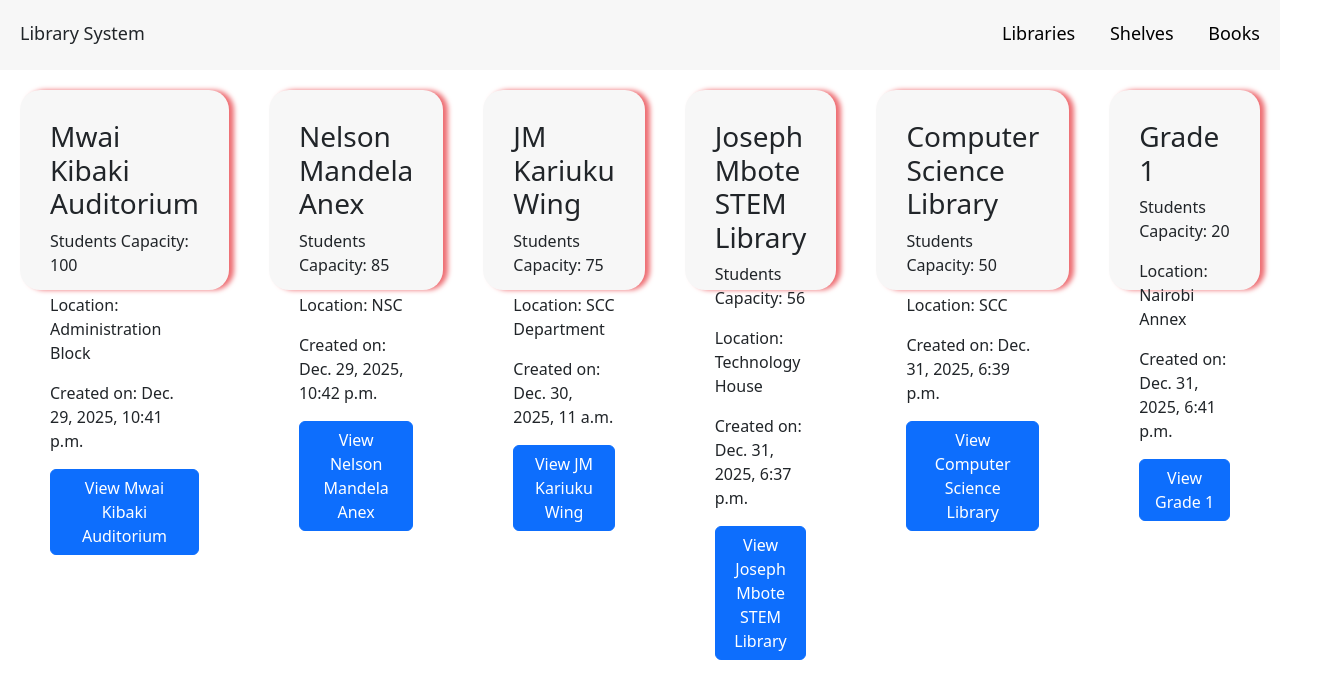
Repository: Mbote-Joseph/Library-Shelves-Books-Managements
Page: http://localhost/
The author's editor kept a copy of each file at every save. The page is drawn from the files as they stood at one save, then again after the next save.
The browser window is 1280 px wide. The page is 1280 px wide, then 1331 px, so the pictures cover 1331 px, including what lies to the right of the window. The pictures show the whole page.
The page is served by the project's application, run on Django 5.2 (manage.py). Other server files are loaded and not shown. The page reads the database file committed with the project.

Above is the page before, as saved 2025-12-31 21:31:54.

### books/templates/books/library_view.html
{% extends "base.html" %}

{% block title %}
    Libraries List
{% endblock %}


{% block content %}
    <div class="cards">
    {% for library in libraries %}
        <div class ="library">
            <h3> {{library.name}} </h3>
            <p> Students Capacity: {{library.students_capacity}} </p>
            <p> Location: {{library.location}} </p>
            <p> Created on: {{library.created_on}} </p>
            <a class="btn btn-primary" href="{% url 'library.details' library.id %}"> View {{library.name}}  </a>
        </div>
    {% endfor %}
    </div>
{% endblock %}

### static/templates/base.html
{% load static %}
<!doctype html>
<html lang="en">
  <head>
    <meta charset="utf-8">
    <meta name="viewport" content="width=device-width, initial-scale=1">
    <title>
        {% block title %}

        {% endblock %}
    </title>
    <link href="https://cdn.jsdelivr.net/npm/bootstrap@5.3.8/dist/css/bootstrap.min.css" rel="stylesheet" integrity="sha384-sRIl4kxILFvY47J16cr9ZwB07vP4J8+LH7qKQnuqkuIAvNWLzeN8tE5YBujZqJLB" crossorigin="anonymous">
    <link rel="stylesheet" type='text/css' href="{% static 'css/styles.css' %}">
  </head>
  <body>
    <nav class="nav">
      <span> Library System </span>
      <span>
        <ul>
          <a href="{% url 'libraries' %}"> Libraries </a>
          <a href="{% url 'shelves' %}"> Shelves </a>
          <a href="{% url 'books' %}"> Books </a>
        </ul>
      </span>

    </nav>

    {% block content %}

    {% endblock %}


    <script src="https://cdn.jsdelivr.net/npm/bootstrap@5.3.8/dist/js/bootstrap.bundle.min.js" integrity="sha384-FKyoEForCGlyvwx9Hj09JcYn3nv7wiPVlz7YYwJrWVcXK/BmnVDxM+D2scQbITxI" crossorigin="anonymous"></script>
  </body>
</html>

### books/models.py
from django.db import models

# Create your models here.
class Library(models.Model):
    name = models.CharField(max_length=50)
    students_capacity = models.IntegerField()
    location = models.CharField(max_length=100)
    created_on = models.DateTimeField(auto_now_add=True)

    def __str__(self):
        return f"{self.name} - {self.location}"

class Shelf(models.Model):
    label = models.CharField(max_length=50)
    books_capacity = models.CharField()
    library = models.ForeignKey(Library, on_delete=models.CASCADE)
    created_on = models.DateTimeField(auto_now_add=True)

    def __str__(self):
        return f"{self.label} On {self.library} Library"

class Book(models.Model):
    title = models.CharField(max_length=100)
    author = models.CharField(max_length=100)
    isbn = models.CharField(max_length=10)
    description = models.TextField()
    is_published = models.BooleanField(default=False)
    is_new = models.BooleanField(default=False)
    shelf = models.ForeignKey(Shelf, on_delete=models.CASCADE)

    def __str__(self):
        return f"{self.title} By {self.author}"

### books/views.py
from django.shortcuts import render
from django.views.generic import ListView, DetailView, CreateView

from .models import Library, Shelf, Book

# Create your views here.
class LibraryListView(ListView):
    model = Library
    context_object_name = "libraries"
    queryset = Library.objects.all()
    template_name = 'books/library_view.html'

class ShelfListView(ListView):
    model = Shelf
    context_object_name = "shelves"
    queryset = Shelf.objects.all()
    template_name = 'books/shelf_view.html'


class BookListView(ListView):
    model = Book
    context_object_name = "books"
    queryset = Book.objects.all()
    template_name = 'books/book_view.html'

class LibraryDetailView(DetailView):
    model = Library
    context_object_name = 'library'
    template_name = "books/library_detailview.html"

class ShelfDetailView(DetailView):
    model = Shelf
    context_object_name = 'shelf'
    template_name = 'books/shelf_detailview.html'

class BookDetailView(DetailView):
    model = Book
    context_object_name = 'book'
    template_name = 'books/book_detailview.html'

class LibraryCreate(CreateView):
    model = Library
    context_object_name = 'library'
    http_method_names = ['get', 'post', 'put', 'patch', 'delete', 'head', 'options', 'trace']
    template_name = "books/library_form.html"

### learn/urls.py
"""
URL configuration for learn project.

The `urlpatterns` list routes URLs to views. For more information please see:
    https://docs.djangoproject.com/en/6.0/topics/http/urls/
Examples:
Function views
    1. Add an import:  from my_app import views
    2. Add a URL to urlpatterns:  path('', views.home, name='home')
Class-based views
    1. Add an import:  from other_app.views import Home
    2. Add a URL to urlpatterns:  path('', Home.as_view(), name='home')
Including another URLconf
    1. Import the include() function: from django.urls import include, path
    2. Add a URL to urlpatterns:  path('blog/', include('blog.urls'))
"""
from django.contrib import admin
from django.urls import path, include

urlpatterns = [
    path('admin/', admin.site.urls),
    path('', include('books.urls'))
]

### books/urls.py
from django.urls import path

from books.views import BookDetailView, BookListView, LibraryDetailView, LibraryListView, ShelfDetailView, ShelfListView, LibraryCreate

urlpatterns = [
    path('', LibraryListView.as_view(), name = 'libraries'),
    path('shelf', ShelfListView.as_view(), name = 'shelves'),
    path('book', BookListView.as_view(), name="books"),
    path("library-details/<int:pk>", LibraryDetailView.as_view(), name="library.details"),
    path('shelf-details/<int:pk>', ShelfDetailView.as_view(), name="shelf.details"),
    path("book-details/<int:pk>", BookDetailView.as_view(), name = "book.details"),
    path('library-create', LibraryCreate.as_view(), name="library.create"),

]

### static/css/styles.css
/**
 * Copyright 2025 josephmbote
 *
 * Licensed under the Apache License, Version 2.0 (the "License");
 * you may not use this file except in compliance with the License.
 * You may obtain a copy of the License at
 *
 *     https://www.apache.org/licenses/LICENSE-2.0
 *
 * Unless required by applicable law or agreed to in writing, software
 * distributed under the License is distributed on an "AS IS" BASIS,
 * WITHOUT WARRANTIES OR CONDITIONS OF ANY KIND, either express or implied.
 * See the License for the specific language governing permissions and
 * limitations under the License.
 */

.nav{
    left: 0;
    top: 0;
    width: 100%;
    background-color: #f7f7f7;
    font-size: large;
    font-style: 'Times New Roman';
    height: 70px;
    padding: 20px;
    display: flex;
    justify-content: space-between;
}
.nav a{
    margin-left: 30px;
    text-decoration: none;
    color: black;
}

.library {
    width: 300px;
    /* min-width: 200px; */
    height: 200px;
    /* max-height: 400px; */
    background-color: #f7f7f7;
    box-shadow: 5px 0 5px 0 #ee6e73;
    border: none;
    margin: 20px;
    padding: 30px;
    border-radius: 20px;
}

.cards{
    display: flex;
}

.shelf {
    width: 300px;
    /* min-width: 200px; */
    height: 200px;
    /* max-height: 400px; */
    background-color: #f7f7f7;
    box-shadow: 5px 0 5px 0 #ee6e73;
    border: none;
    margin: 20px;
    padding: 30px;
    border-radius: 20px;
}

.book {
    width: 300px;
    /* min-width: 200px; */
    height: 300px;
    /* max-height: 400px; */
    background-color: #f7f7f7;
    box-shadow: 5px 0 5px 0 #ee6e73;
    border: none;
    margin: 20px;
    padding: 30px;
    border-radius: 20px;
}

### db.sqlite3 (the tables this page reads, as SQL)
CREATE TABLE "books_library" ("id" integer NOT NULL PRIMARY KEY AUTOINCREMENT, "name" varchar(50) NOT NULL, "students_capacity" integer NOT NULL, "location" varchar(100) NOT NULL, "created_on" datetime NOT NULL);
INSERT INTO "books_library" VALUES
(1, 'Mwai Kibaki Auditorium', 100, 'Administration Block', '2025-12-29 22:41:55.696199'),
(2, 'Nelson Mandela Anex', 85, 'NSC', '2025-12-29 22:42:34.244470'),
(3, 'JM Kariuku Wing', 75, 'SCC Department', '2025-12-30 11:00:04.766333'),
(4, 'Joseph Mbote STEM Library', 56, 'Technology House', '2025-12-31 18:37:10.968556'),
(5, 'Computer Science Library', 50, 'SCC', '2025-12-31 18:39:11.248294'),
(6, 'Grade 1', 20, 'Nairobi Annex', '2025-12-31 18:41:43.779190');

After the next save:
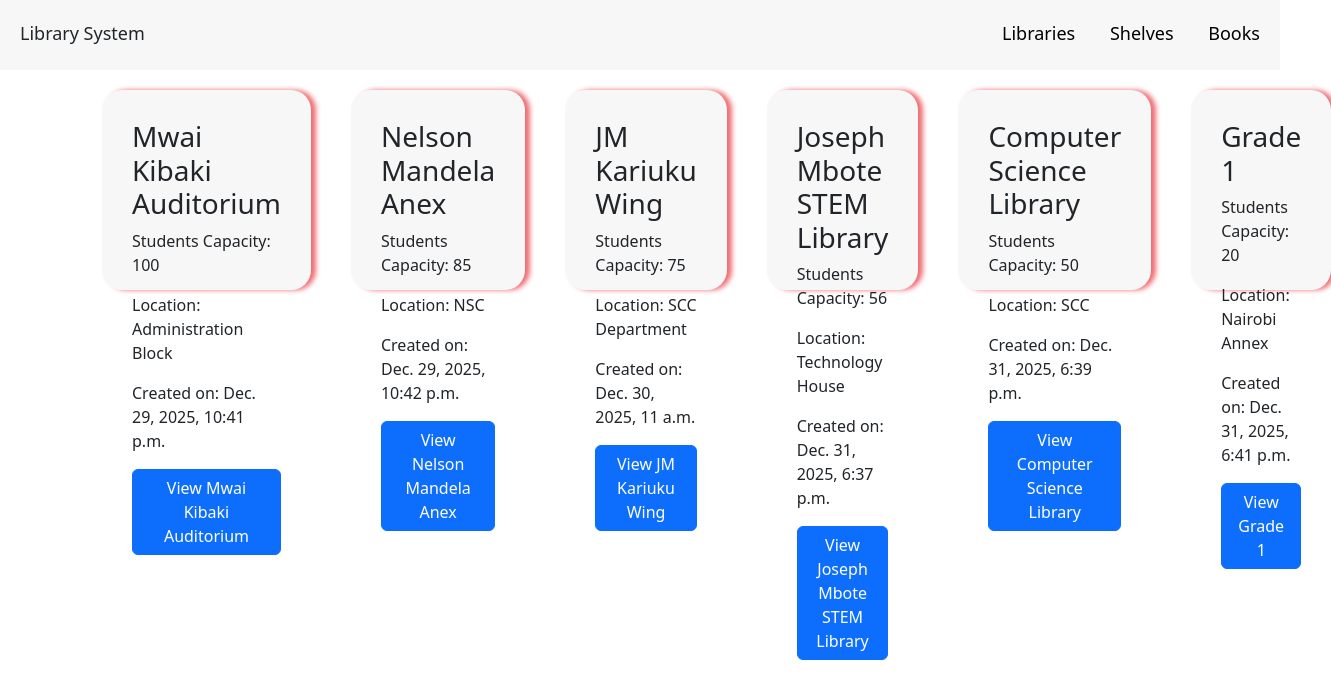
Saved 63 s later.
--- a/books/templates/books/library_view.html
+++ b/books/templates/books/library_view.html
@@ -6,15 +6,19 @@
 
 
 {% block content %}
-    <div class="cards">
-    {% for library in libraries %}
-        <div class ="library">
-            <h3> {{library.name}} </h3>
-            <p> Students Capacity: {{library.students_capacity}} </p>
-            <p> Location: {{library.location}} </p>
-            <p> Created on: {{library.created_on}} </p>
-            <a class="btn btn-primary" href="{% url 'library.details' library.id %}"> View {{library.name}}  </a>
+    <div class="container">
+
+        <div class="cards">
+        {% for library in libraries %}
+            <div class ="library">
+                <h3> {{library.name}} </h3>
+                <p> Students Capacity: {{library.students_capacity}} </p>
+                <p> Location: {{library.location}} </p>
+                <p> Created on: {{library.created_on}} </p>
+                <a class="btn btn-primary" href="{% url 'library.details' library.id %}"> View {{library.name}}  </a>
+            </div>
+        {% endfor %}
         </div>
-    {% endfor %}
     </div>
+
 {% endblock %}
